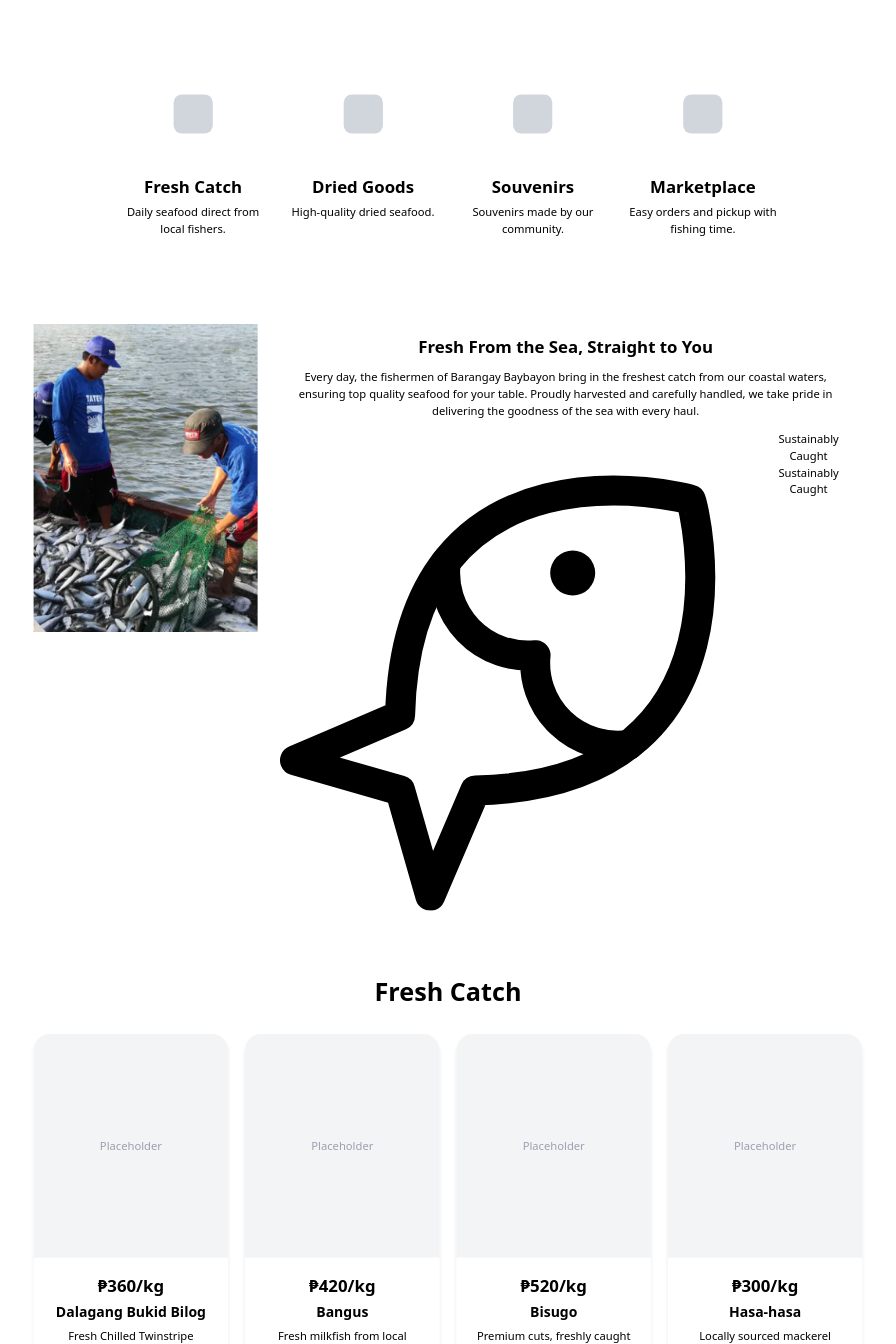
Repository: Coast2Card/coast2cart-frontend
Page: /
An editor plug-in stored every save of this project. The page is shown before and after the next save, followed by the edit.
The browser window is 1280 px wide. The pictures show the part of the page from y = 1137 to 3057 px (the page is 3359 px tall), at 70% of full size.
The project was rebuilt for these pictures with package versions that can differ from the ones it lists, and the page was loaded fresh each time. Also part of the build but not shown: vite.config.js, src/pages/Seafood.jsx, src/pages/Souvenirs.jsx, src/pages/About.jsx, src/pages/Cart.jsx, src/pages/Profile.jsx, src/pages/Colors.jsx.

Above is the page before, as saved 2025-09-07 15:39:46.

### index.html
<!DOCTYPE html>
<html lang="en" data-theme="coast2cart">
  <head>
    <meta charset="UTF-8" />
    <!-- <link rel="icon" type="image/svg+xml" href="/vite.svg" /> -->
    <meta name="viewport" content="width=device-width, initial-scale=1.0" />
    <title>Coast2Cart</title>
  </head>
  <body>
    <div id="root"></div>
    <script type="module" src="/src/main.jsx"></script>
  </body>
</html>

### src/App.jsx
import { Routes, Route } from "react-router-dom";
import Layout from "./components/Layout";
import Home from "./pages/Home";
import Seafood from "./pages/Seafood";
import Souvenirs from "./pages/Souvenirs";
import About from "./pages/About";
import Cart from "./pages/Cart";
import Profile from "./pages/Profile";
import Colors from "./pages/Colors";
import "./App.css";

function App() {
  return (
    <Routes>
      {/* Routes with shared layout */}
      <Route path="/" element={<Layout />}>
        <Route index element={<Home />} />
        <Route path="seafood" element={<Seafood />} />
        <Route path="souvenirs" element={<Souvenirs />} />
        <Route path="about" element={<About />} />
        <Route path="cart" element={<Cart />} />
        <Route path="profile" element={<Profile />} />
        <Route path="colors" element={<Colors />} />
      </Route>
    </Routes>
  );
}

export default App;

### src/components/Layout.jsx
import { Outlet } from "react-router-dom";
import Navbar from "./Navbar";

const Layout = () => {
  return (
    <div className="min-h-screen bg-base-200">
      {/* Navigation Header */}
      <Navbar />

      {/* Main Content */}
      <main className=" mx-auto  ">
        <Outlet />
      </main>

      {/* Footer */}
      <footer className="bg-base-100 border-t border-base-300 mt-auto">
        <div className="max-w-7xl mx-auto py-4 px-4 sm:px-6 lg:px-8">
          <p className="text-center text-base-content/70 text-sm">
            © 2024 Coast2Cart. All rights reserved.
          </p>
        </div>
      </footer>
    </div>
  );
};

export default Layout;

### src/pages/Home.jsx
import homeBanner from "../assets/images/home_banner.jpg";
import baybayonLogo from "../assets/logos/c2c_white_transparent.png";
import fish1 from "../assets/images/home_fish1.png";
import fish2 from "../assets/images/home_fish2.png";
import fish3 from "../assets/images/home_fish3.png";
import fish4 from "../assets/images/home_fish4.png";
import fish5 from "../assets/images/home_fish5.png";
import HomeFeatures from "../components/home/HomeFeatures";
import HomeFreshCatch from "../components/home/HomeFreshCatch";
import HomeGallery from "../components/home/HomeGallery";
const Home = () => {
  return (
    <main className="relative overflow-x-hidden">
      {/* Home Banner */}
      <section className="w-full h-[70vh] md:h-185 relative">
        <img
          src={homeBanner}
          alt="Home Banner"
          className="w-full h-full object-cover relative z-4"
          onError={(e) => {
            console.log("Image failed to load:", homeBanner);
            e.target.style.display = "none";
          }}
          onLoad={() => console.log("Image loaded successfully:", homeBanner)}
        />

        <div className="absolute inset-0 bg-black opacity-60 z-10"></div>

        <div className="absolute inset-0 z-20 flex items-start py-20 justify-center">
          <div className="text-center text-white">
            <h1 className="text-xl sm:text-2xl lg:text-3xl font-extrabold font-display mb-[-30px] sm:mb-[-30px] md:mb-[-35px] lg:mb-[-47px]">
              Sea the best of Baybayon, from
            </h1>
            <img
              className="w-6/8 sm:w-5/8 md:4/8 lg:3/8 max-w-270 h-auto mx-auto "
              src={baybayonLogo}
            />
            <button className="mt-[-10px] bg-secondary text-primary uppercase px-6 py-2 rounded-full text-md sm:text-lg font-semibold hover:bg-secondary/90 transition-colors">
              Shop Now
            </button>
          </div>
        </div>
      </section>
      <section className=" relative overflow-hidden w-[140vw] flex items-center justify-center gap-6 mb-25   z-30 -mt-61 sm:-mt-60 left-1/2 -translate-x-1/2">
        <img
          src={fish1}
          alt="Fish 1"
          className="min-w-60 sm:w-65 h-90 object-cover rounded-2xl"
        />
        <img
          src={fish2}
          alt="Fish 2"
          className="min-w-65 h-85 sm:w-80 sm:h-110 object-cover rounded-2xl"
        />
        <img
          src={fish3}
          alt="Fish 3"
          className="min-w-75 h-115 sm:w-95 sm:h-125 object-cover rounded-2xl"
        />
        <img
          src={fish4}
          alt="Fish 4"
          className="min-w-65 h-90 sm:w-80 sm:h-110 object-cover rounded-2xl"
        />
        <img
          src={fish5}
          alt="Fish 5"
          className="min-w-60 sm:w-65 h-90 object-cover rounded-2xl"
        />
      </section>
      <section className="max-w-8xl mx-auto p-4 flex flex-col">
        <HomeFeatures className="mb-25" />
        <HomeGallery />
        <HomeFreshCatch />
      </section>
    </main>
  );
};

export default Home;

### src/components/Navbar.jsx
import { Link, useLocation } from "react-router-dom";
import { useState } from "react";
import { navLinks } from "../data/navigation";
import c2cLogo from "../assets/logos/c2c_transparent.png";
import searchIcon from "../assets/icons/search.png";
import cartIcon from "../assets/icons/cart.png";
import profileIcon from "../assets/icons/profile.png";
import commentIcon from "../assets/icons/comment.png";
const Navbar = () => {
  const location = useLocation();
  const [isMobileMenuOpen, setIsMobileMenuOpen] = useState(false);

  const isActive = (path) => {
    return location.pathname === path;
  };

  const toggleMobileMenu = () => {
    setIsMobileMenuOpen(!isMobileMenuOpen);
  };

  const closeMobileMenu = () => {
    setIsMobileMenuOpen(false);
  };

  return (
    <nav className="bg-base-300 shadow-lg py-2 sticky top-0 z-50">
      <div className="mx-auto px-6 sm:px-6 lg:px-8">
        <div className="flex justify-between h-16">
          <div className="flex items-center">
            <Link to="/" className="flex-shrink-0">
              <img src={c2cLogo} alt="Coast2Cart" className="h-17" />
            </Link>
          </div>

          {/* Desktop Navigation */}
          <div className="hidden md:flex items-center space-x-8">
            {navLinks.map((link) => (
              <Link
                key={link.path}
                to={link.path}
                className={`px-3 py-2 rounded-md text-md font-bold transition-colors ${
                  isActive(link.path)
                    ? " text-accent after:content-[''] after:block after:w-full after:h-0.5 after:bg-accent after:rounded-full"
                    : "text-black hover:text-primary hover:bg-base-200"
                }`}
              >
                {link.label}
              </Link>
            ))}
          </div>

          {/* Desktop Icons - Hidden on mobile */}
          <div className="hidden md:flex items-center gap-4 lg:gap-6">
            <img
              src={searchIcon}
              alt="Search"
              className="h-5 w-5 lg:h-5.5 lg:w-5.5 hover:cursor-pointer hover:opacity-60 transition-opacity duration-300"
            />
            <img
              src={commentIcon}
              alt="Comment"
              className="h-5 w-5 lg:h-5.5 lg:w-5.5 hover:cursor-pointer hover:opacity-60 transition-opacity duration-300"
            />
            <img
              src={cartIcon}
              alt="Cart"
              className="h-5 w-5 lg:h-5.5 lg:w-5.5 hover:cursor-pointer hover:opacity-60 transition-opacity duration-300"
            />
            <img
              src={profileIcon}
              alt="Profile"
              className="h-5 w-5 lg:h-5.5 lg:w-5.5 hover:cursor-pointer hover:opacity-60 transition-opacity duration-300"
            />
          </div>

          {/* Mobile menu button */}
          <div className="md:hidden flex items-center">
            <button
              onClick={toggleMobileMenu}
              className="inline-flex items-center justify-center p-2 rounded-md text-base-content hover:text-primary hover:bg-base-200 focus:outline-none focus:ring-2 focus:ring-inset focus:ring-primary"
              aria-expanded="false"
            >
              <span className="sr-only">Open main menu</span>
              {!isMobileMenuOpen ? (
                <svg
                  className="block h-6 w-6"
                  xmlns="http://www.w3.org/2000/svg"
                  fill="none"
                  viewBox="0 0 24 24"
                  stroke="currentColor"
                  aria-hidden="true"
                >
                  <path
                    strokeLinecap="round"
                    strokeLinejoin="round"
                    strokeWidth="2"
                    d="M4 6h16M4 12h16M4 18h16"
                  />
                </svg>
              ) : (
                <svg
                  className="block h-6 w-6"
                  xmlns="http://www.w3.org/2000/svg"
                  fill="none"
                  viewBox="0 0 24 24"
                  stroke="currentColor"
                  aria-hidden="true"
                >
                  <path
                    strokeLinecap="round"
                    strokeLinejoin="round"
                    strokeWidth="2"
                    d="M6 18L18 6M6 6l12 12"
                  />
                </svg>
              )}
            </button>
          </div>
        </div>
      </div>

      {/* Mobile Navigation Menu */}
      <div className={`md:hidden ${isMobileMenuOpen ? "block" : "hidden"}`}>
        <div className="px-2 pt-2 pb-3 space-y-1 sm:px-3 bg-base-100 border-t border-base-300">
          {navLinks.map((link) => (
            <Link
              key={link.path}
              to={link.path}
              onClick={closeMobileMenu}
              className={`block px-3 py-2 rounded-md text-base font-medium transition-colors ${
                isActive(link.path)
                  ? "bg-primary text-primary-content"
                  : "text-base-content hover:text-primary hover:bg-base-200"
              }`}
            >
              {link.label}
            </Link>
          ))}

          {/* Mobile Icons */}
          <div className="flex items-center justify-center gap-6 pt-4 border-t border-base-300 mt-4">
            <img
              src={searchIcon}
              alt="Search"
              className="h-6 w-6 hover:cursor-pointer hover:opacity-60 transition-opacity duration-300"
            />
            <img
              src={commentIcon}
              alt="Comment"
              className="h-6 w-6 hover:cursor-pointer hover:opacity-60 transition-opacity duration-300"
            />
            <img
              src={cartIcon}
              alt="Cart"
              className="h-6 w-6 hover:cursor-pointer hover:opacity-60 transition-opacity duration-300"
            />
            <img
              src={profileIcon}
              alt="Profile"
              className="h-6 w-6 hover:cursor-pointer hover:opacity-60 transition-opacity duration-300"
            />
          </div>
        </div>
      </div>
    </nav>
  );
};

export default Navbar;

### src/components/home/HomeFeatures.jsx
import cartIcon from "../../assets/icons/cart.png";
import commentIcon from "../../assets/icons/comment.png";
import profileIcon from "../../assets/icons/profile.png";
import searchIcon from "../../assets/icons/search.png";

const features = [
  {
    icon: cartIcon,
    title: "Fresh Catch",
    description: "Daily seafood direct from local fishers.",
  },
  {
    icon: searchIcon,
    title: "Dried Goods",
    description: "High-quality dried seafood.",
  },
  {
    icon: commentIcon,
    title: "Souvenirs",
    description: "Souvenirs made by our community.",
  },
  {
    icon: profileIcon,
    title: "Marketplace",
    description: "Easy orders and pickup with fishing time.",
  },
];

const HomeFeatures = ({ className = "" }) => {
  return (
    <article className={` mx-auto w-full ${className}`}>
      <section className="grid grid-cols-1 sm:grid-cols-2 space-y-6 lg:grid-cols-4 gap-6 sm:w-[95%] lg:w-[90%] xl:w-[80%] mx-auto">
        {features.map((item, index) => (
          <div
            key={index}
            className="flex flex-col items-center justify-start gap-2"
          >
            <div className="bg-accent mb-2 p-11 sm:p-11 flex justify-center items-center rounded-full">
              <div className="bg-gray-300 rounded-xl p-1 h-14 w-14"></div>
            </div>
            <h3 className="text-2xl font-bold text-primary">{item.title}</h3>
            <h3 className="text-md text-center">{item.description}</h3>
          </div>
        ))}
      </section>
    </article>
  );
};

export default HomeFeatures;

### src/components/home/HomeFreshCatch.jsx
const freshCatchItems = [
  {
    id: 1,
    price: "₱360/kg",
    name: "Dalagang Bukid Bilog",
    description: "Fresh Chilled Twinstripe Fusilier",
    image: null,
  },
  {
    id: 2,
    price: "₱420/kg",
    name: "Bangus",
    description: "Fresh milkfish from local farms",
    image: null,
  },
  {
    id: 3,
    price: "₱520/kg",
    name: "Bisugo",
    description: "Premium cuts, freshly caught",
    image: null,
  },
  {
    id: 4,
    price: "₱300/kg",
    name: "Hasa-hasa",
    description: "Locally sourced mackerel",
    image: null,
  },
];

const HomeFreshCatch = ({ className = "" }) => {
  return (
    <div className={`flex flex-col text-center ${className}`}>
      <h1 className="text-4xl font-bold text-accent mb-10">Fresh Catch</h1>
      <section className="grid grid-cols-1 sm:grid-cols-2 xl:grid-cols-4  gap-6 mb-8">
        {freshCatchItems.map((item) => (
          <div
            key={item.id}
            className="flex flex-col shadow-md overflow-hidden rounded-3xl"
          >
            <div className="bg-gray-100 h-80 flex items-center justify-center text-gray-400">
              Placeholder
            </div>
            <div className="bg-white p-6  flex flex-col gap-2 text-center items-center justify-center">
              <h3 className="text-success text-2xl font-bold">{item.price}</h3>
              <h3 className="text-black font-bold text-xl">{item.name}</h3>
              <p className="text-md">{item.description}</p>
            </div>
          </div>
        ))}
      </section>
      <div className="mb-20">
        <button className="bg-secondary text-primary uppercase px-6 py-2 rounded-full text-md font-semibold hover:bg-secondary/90 transition-colors">
          View All
        </button>
      </div>
    </div>
  );
};

export default HomeFreshCatch;

### src/components/home/HomeGallery.jsx
import React from "react";
import homeGallery1 from "../../assets/images/home_gallery1.png";
const HomeGallery = () => {
  return (
    <div className="w-full flex gap-4 mb-20 ">
      <div className="flex-1 min-w-80 w-full h-110 ">
        <img src={homeGallery1} className="w-full h-full object-cover  " />
      </div>
      <div className=" flex flex-col min-w-20  p-4 gap-4 justify-center">
        <h2 className="font-bold text-2xl text-primary">
          Fresh From the Sea, Straight to You
        </h2>
        <p className="text-md">
          Every day, the fishermen of Barangay Baybayon bring in the freshest
          catch from our coastal waters, ensuring top quality seafood for your
          table. Proudly harvested and carefully handled, we take pride in
          delivering the goodness of the sea with every haul.
        </p>
        <div className="flex gap-2">
          <svg xmlns="http://www.w3.org/2000/svg" viewBox="0 0 256 256">
            <rect width="256" height="256" fill="none" />
            <circle cx="156" cy="76" r="12" />
            <path
              d="M8,175.87l56.07,16.06,16,56.07,24-56.07C258.51,188.26,220,38.68,219,37c-1.73-1-151.25-39.46-155,114.9Z"
              fill="none"
              stroke="currentColor"
              stroke-linecap="round"
              stroke-linejoin="round"
              stroke-width="16"
            />
            <path
              d="M185.82,167.62A44,44,0,0,1,136.2,119.8,44,44,0,0,1,88.38,70.21"
              fill="none"
              stroke="currentColor"
              stroke-linecap="round"
              stroke-linejoin="round"
              stroke-width="16"
            />
          </svg>
          <div className="flex flex-col">
            <h3>Sustainably Caught</h3>
            <h3>Sustainably Caught</h3>
          </div>
        </div>
      </div>
    </div>
  );
};

export default HomeGallery;

### src/data/navigation.js
// Navigation links data
export const navLinks = [
  { path: "/", label: "Home" },
  { path: "/seafood", label: "Seafood" },
  { path: "/souvenirs", label: "Souvenirs" },
  { path: "/about", label: "About" },
  // { path: "/cart", label: "Cart" },
  // { path: "/profile", label: "Profile" },
  // { path: "/colors", label: "Colors" },
];

Loaded but not shown: src/main.jsx (common file); src/index.css (common file); src/App.css (common file)

After the next save:
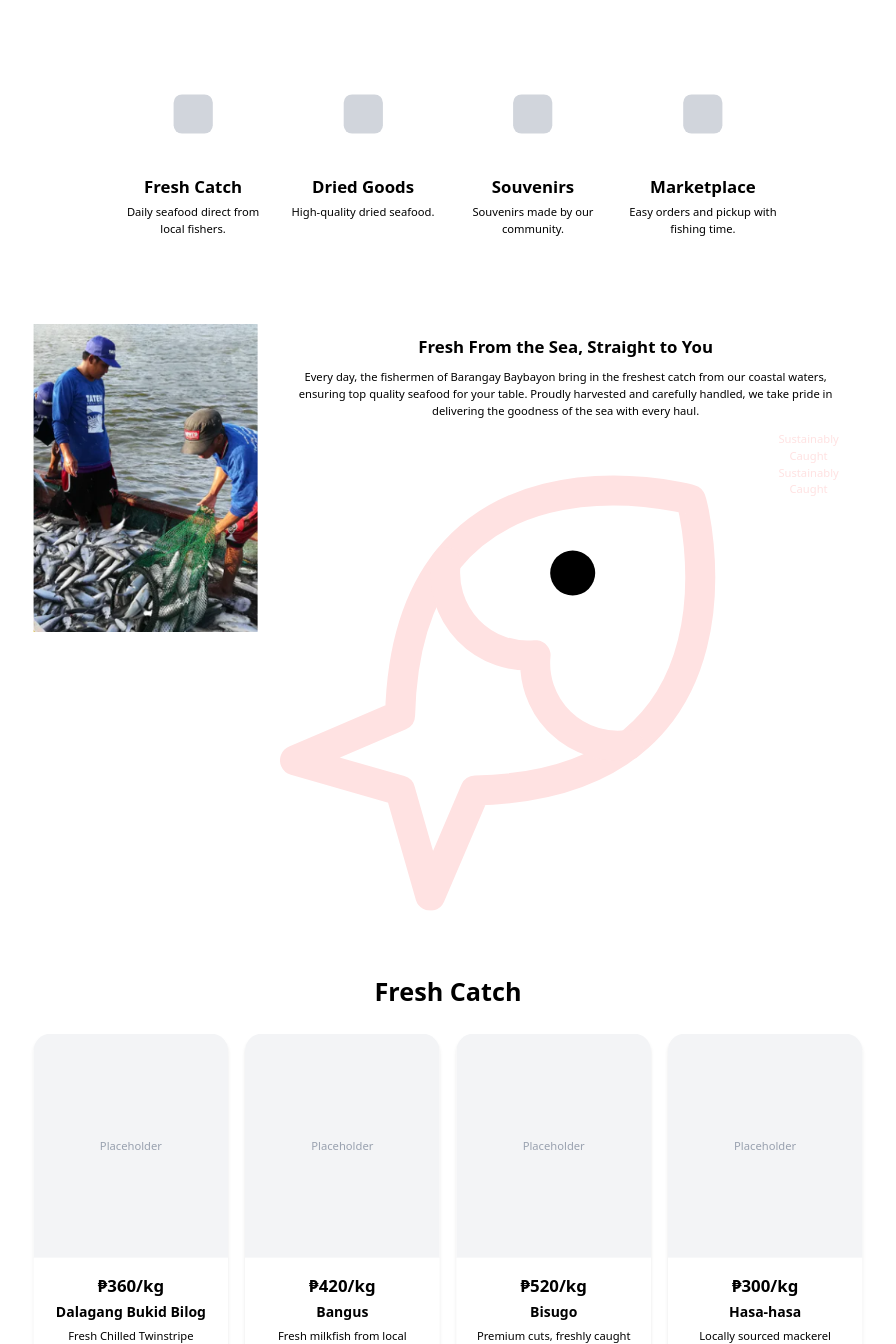
Saved 19 s later.
--- a/src/components/home/HomeGallery.jsx
+++ b/src/components/home/HomeGallery.jsx
@@ -16,7 +16,7 @@
           table. Proudly harvested and carefully handled, we take pride in
           delivering the goodness of the sea with every haul.
         </p>
-        <div className="flex gap-2">
+        <div className="flex gap-2 text-red-100">
           <svg xmlns="http://www.w3.org/2000/svg" viewBox="0 0 256 256">
             <rect width="256" height="256" fill="none" />
             <circle cx="156" cy="76" r="12" />

After the save that followed:
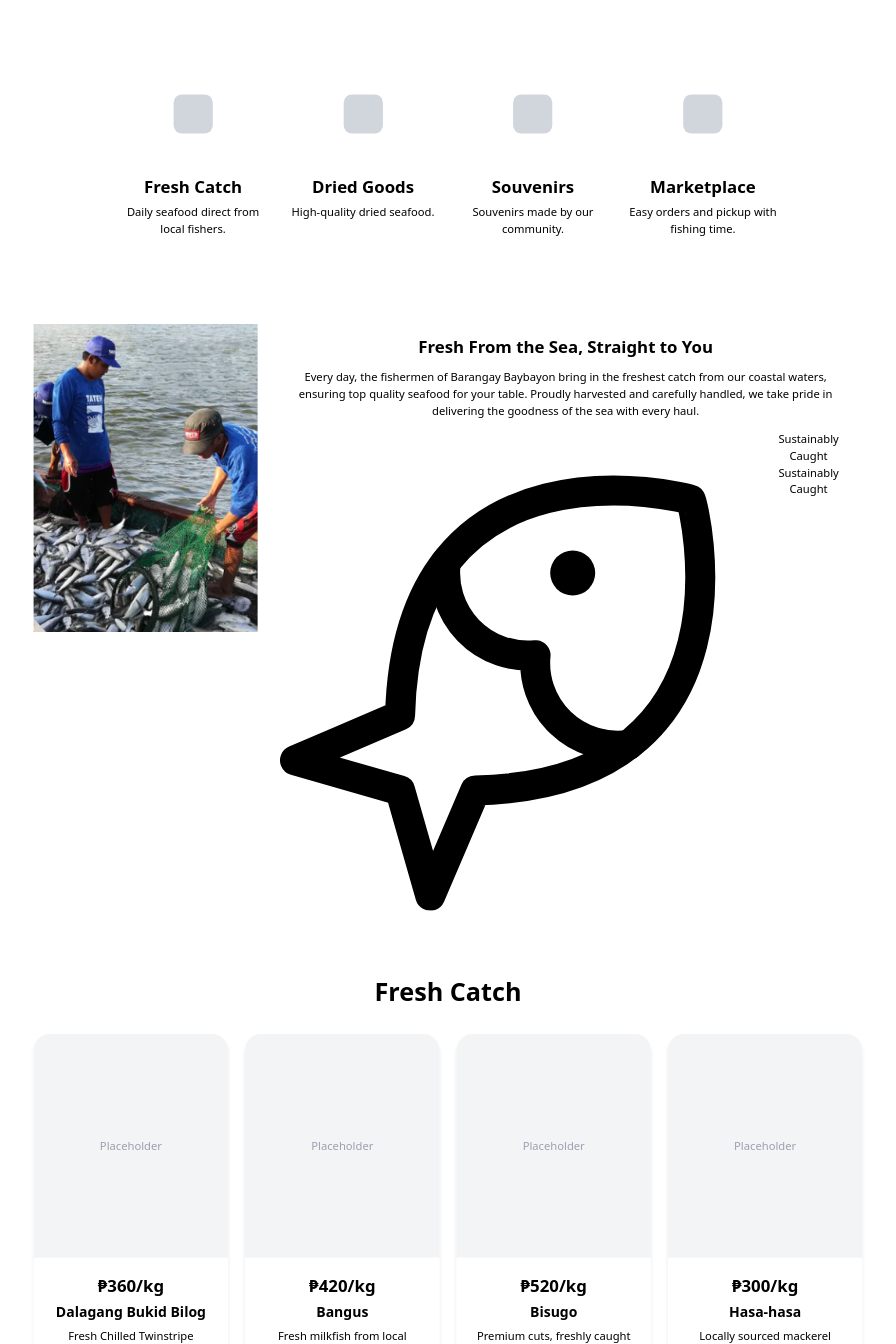
Saved 5 s later.
--- a/src/components/home/HomeGallery.jsx
+++ b/src/components/home/HomeGallery.jsx
@@ -16,7 +16,7 @@
           table. Proudly harvested and carefully handled, we take pride in
           delivering the goodness of the sea with every haul.
         </p>
-        <div className="flex gap-2 text-red-100">
+        <div className="flex gap-2 text-primary">
           <svg xmlns="http://www.w3.org/2000/svg" viewBox="0 0 256 256">
             <rect width="256" height="256" fill="none" />
             <circle cx="156" cy="76" r="12" />
